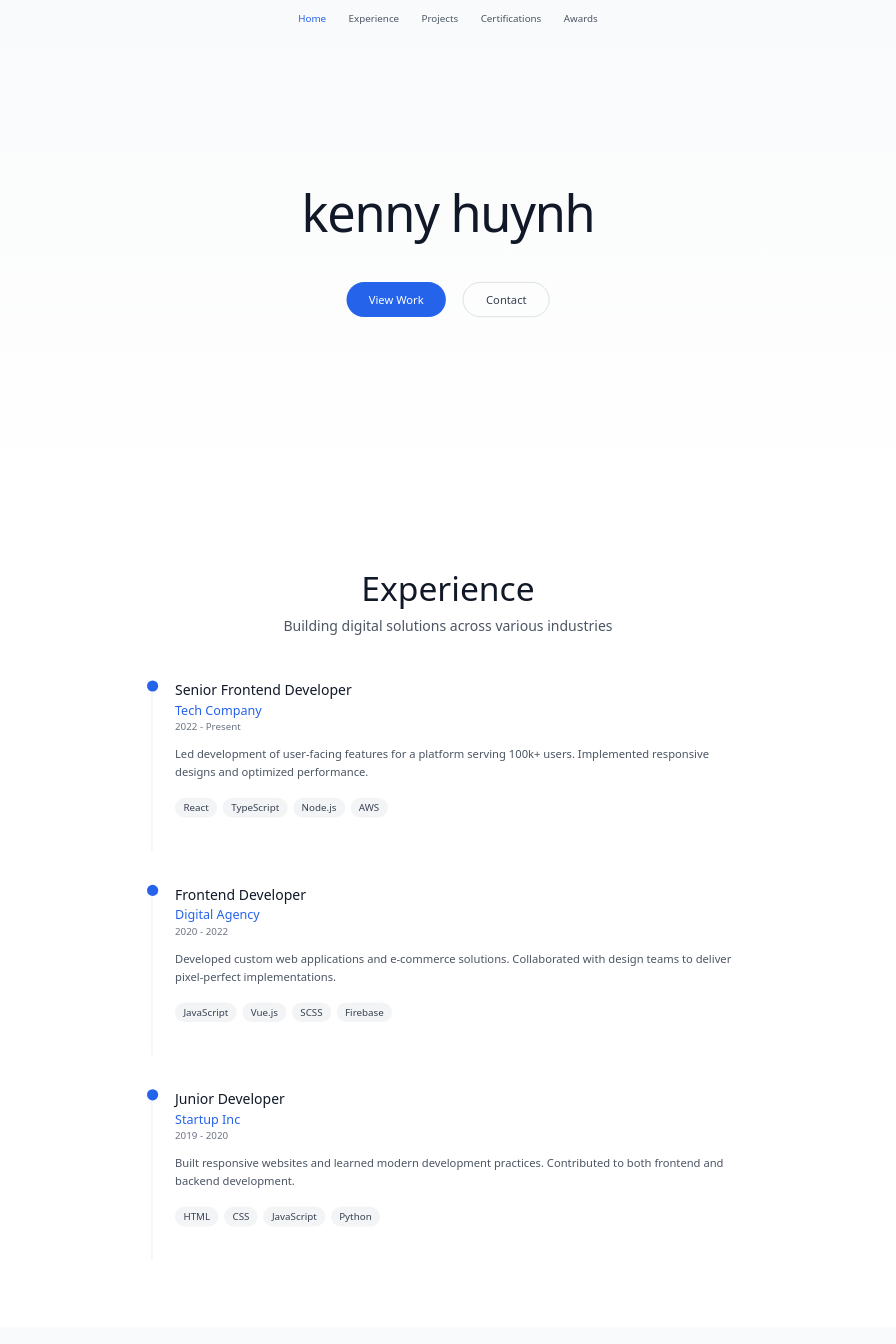
Repository: kennyhuynhhh/kenny_website
Page: /
These files come from the project's save history. The page is drawn as it stood at one moment and after the next save; the edit follows.
The browser window is 1280 px wide. The pictures show the part of the page from y = 0 to 1920 px (the page is 4321 px tall), at 70% of full size.
The project was rebuilt for these pictures with package versions that can differ from the ones it lists, and the page was loaded fresh each time. Also part of the build but not shown: vite.config.ts.

Above is the page before, as saved 2025-07-20 17:00:58.

After the next save:
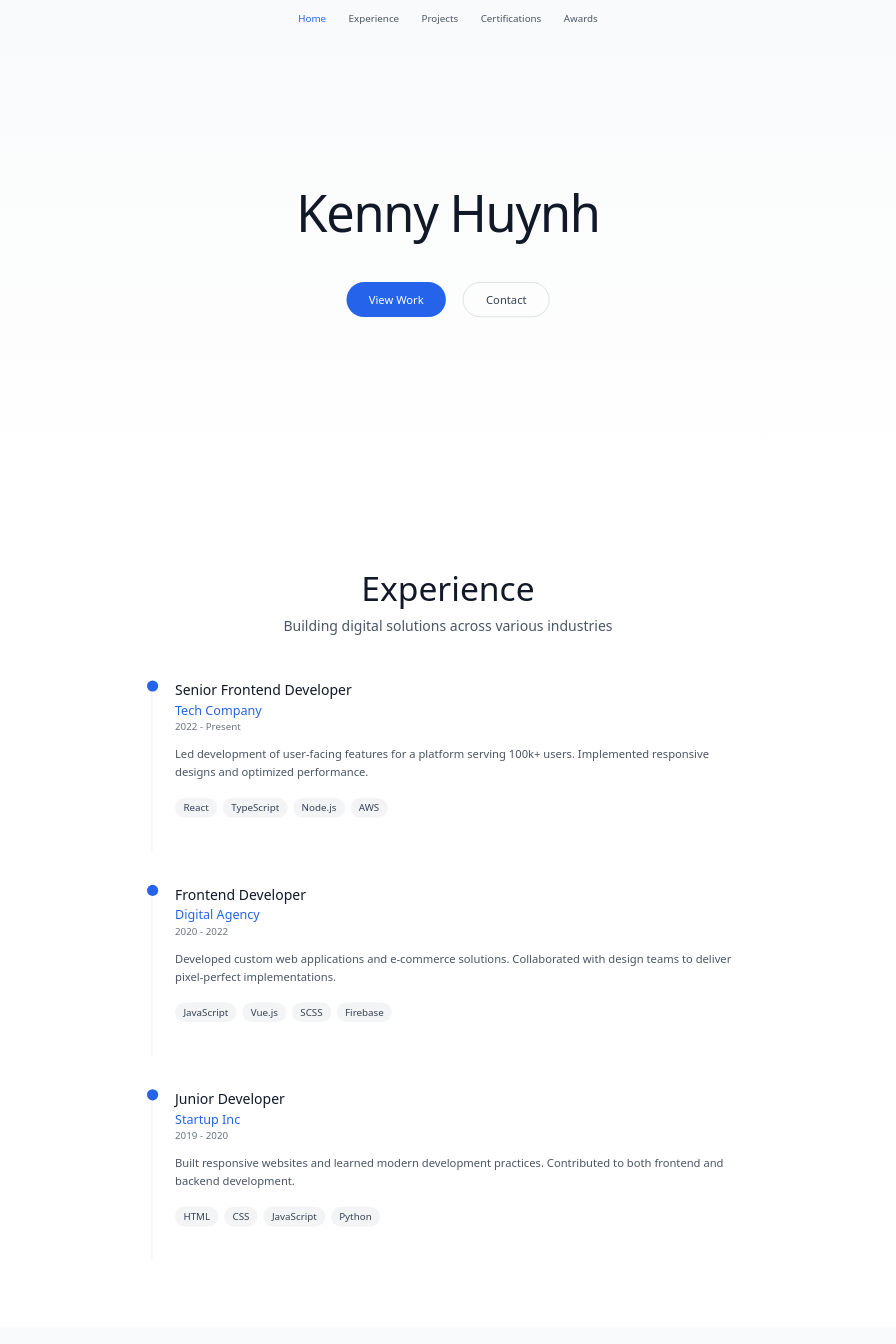
Saved 6 s later.
--- a/src/components/Hero.tsx
+++ b/src/components/Hero.tsx
@@ -7,7 +7,7 @@ const Hero = () => {
         <div className="space-y-8">
           <div className="space-y-4">
             <h1 className="text-5xl md:text-7xl font-light text-gray-900 tracking-tight">
-              kenny huynh
+              Kenny Huynh
             </h1>
             <p className="text-xl md:text-2xl text-gray-600 font-light max-w-2xl mx-auto">
 
